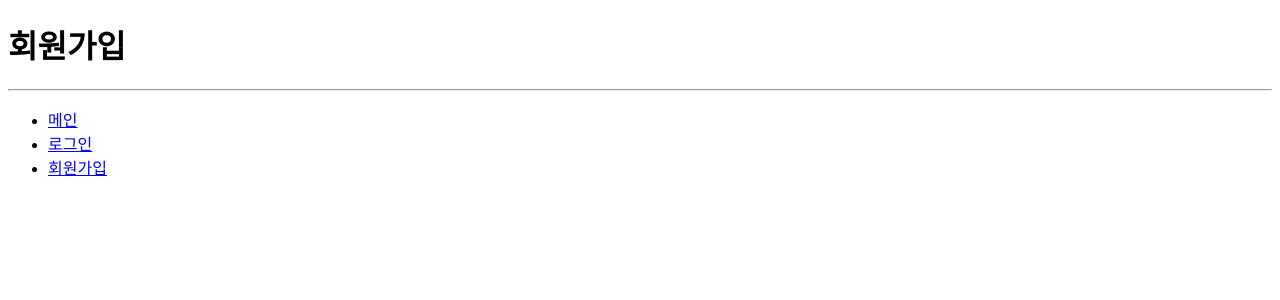
Repository: leesangbok/jsp-work
Page: http://localhost/cos/join.jsp
The author's editor kept a copy of each file at every save. The page is drawn from the files as they stood at one save, then again after the next save.
The browser window is 1280 px wide. The pictures show the whole page.
The page is served by Tomcat 9.

Above is the page before, as saved 2020-08-22 02:42:28.

### cos/WebContent/join.jsp
<%@ page language="java" contentType="text/html; charset=UTF-8"
    pageEncoding="UTF-8"%>
<!DOCTYPE html>
<html>
<head>
<meta charset="UTF-8">
<title>회원가입</title>
</head>
<body>
	<h1>회원가입</h1>
	<hr/>
	<ul>
		<li><a href="main.jsp" title="">메인</a></li>
		<li><a href="login.jsp" title="">로그인</a></li>
		<li><a href="join.jsp" title="">회원가입</a></li>
	</ul>
</body>
</html>

After the next save:
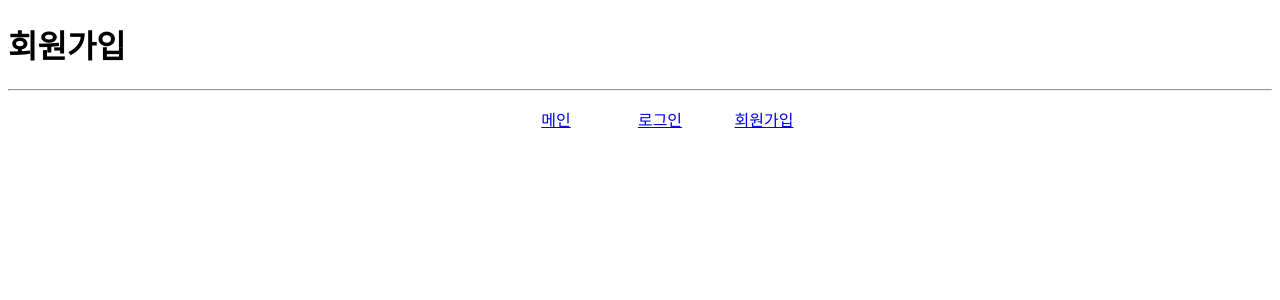
Saved 12 s later.
--- a/cos/WebContent/join.jsp
+++ b/cos/WebContent/join.jsp
@@ -5,6 +5,10 @@
 <head>
 <meta charset="UTF-8">
 <title>회원가입</title>
+ <style>
+ 	ul{text-align: center;}
+ 	li{display: inline-block; width: 100px;}
+ </style>
 </head>
 <body>
 	<h1>회원가입</h1>
